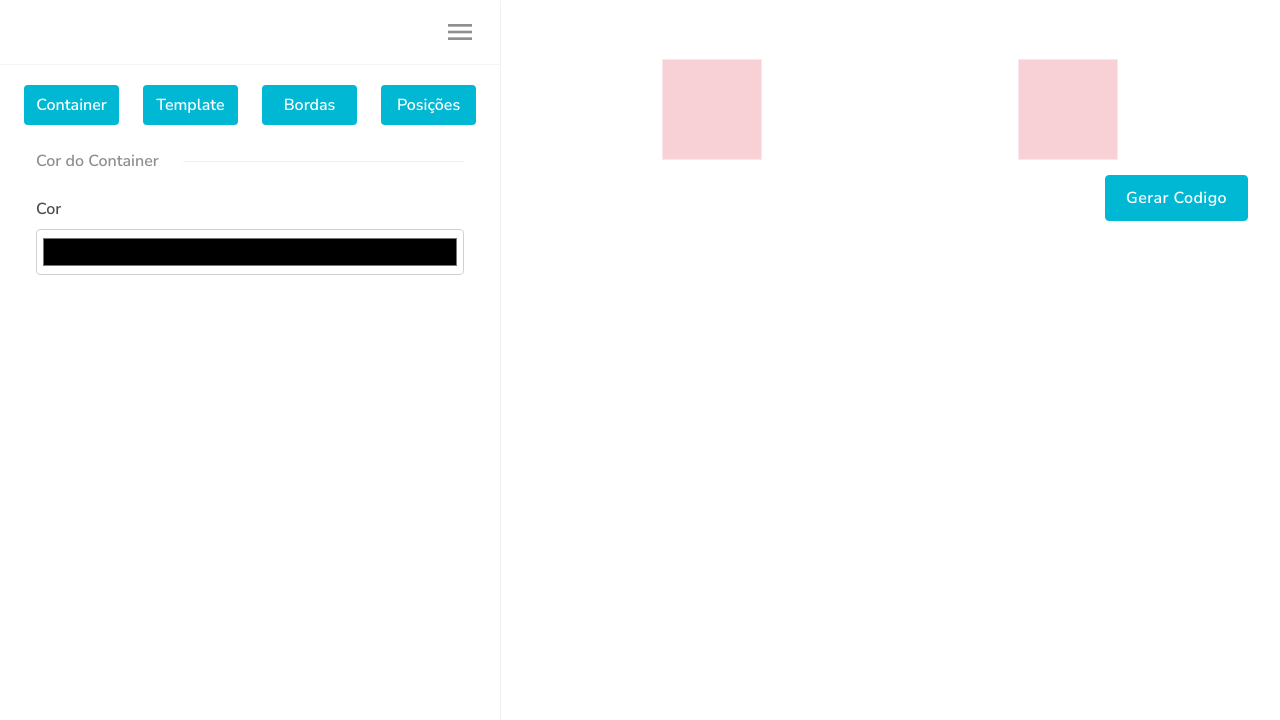
Repository: Flintdl/lowcode-elements
Page: /
These files come from the project's save history. The page is drawn as it stood at one moment and after the next save; the edit follows.
The browser window is 1280 px wide. The pictures show the whole page.
The project was rebuilt for these pictures with package versions that can differ from the ones it lists, and the page was loaded fresh each time. Also part of the build but not shown: vue.config.js.

Above is the page before, as saved 2022-04-06 16:52:44.

### src/assets/scss/_variables.scss
// Primarys Colors
$standardTextColor: #4d4d4d;

$primaryColor: #8e6dff;
$secondaryColor: #009997;
$buttonDisableColor: #9c9c9c;
$buttonDisableBgColor: #7676764d;

// Menu Colors

$bgMenuColor: #1d1d1d;
$linkMenuColor: #7b8089;
$iconMenuColor: #2a2a2a;
$borderMenuColor: #323232;

// Botão Colors

$btnPrimary: #00b8d4;
$btnPrimaryHover: #0085b0;

// Generics Colors

$whiteColor: #ffffff;
$mutedColor: #8f8f8f;
$cardColor: #f3f4f7;
$cardColorLight: #f9fafc;
$cardColorLightTwo: #f1f5fc;
$greyLight: #d1d1d1;

// Dropdown Colors

$dropdownHeaderColor: #5f5f5f;
$dropdownColor: #ebffff;

// State Colors

$successColor: #3dc661;
$dangerColor: #e7515a;
$warningColor: #e2a03f;
$infoColor: #2196f3;
$defaultColor: #172b4d;
$lightColor: #e0e0e0;

### src/views/HomeView.vue
<template>
  <div>
    <div class="sf-row">
      <div
        id="sf-preview-code-content"
        class="sf-col-12 sf-mx-auto sf-position-relative"
      >
        <div id="sf-preview-code" ref="previewGrid">
          <div class="sf-row">
            <div
              :class="[
                'sf-col-12 sf-text-center sf-display-flex sf-flex-wrap',
                'sf-justify-content-' + checkValue,
              ]"
            >
              <span
                v-bind:key="linha"
                :style="widthProps1"
                class="sf-display-block sf-position-relative"
                v-for="linha of Number(quantidadeLinha)"
              >
                <div :style="widthProps" class="sf-position-absolute"></div>
              </span>
            </div>
          </div>
          <div
            :style="gapProps"
            :class="[
              'sf-display-flex sf-flex-wrap sf-width-100',
              'sf-justify-content-' + checkValue,
            ]"
          >
            <DivGrid
              v-bind:key="n"
              v-for="n of quantidade"
              :tamanho="String(valor)"
              :altura="String(valorHeight)"
              :cssDefinido="cssProps"
              class="sf-position-relative"
            />
          </div>
        </div>
      </div>
      <div class="sf-col-12 sf-mt-3 sf-display-flex sf-justify-content-end">
        <button class="sf-btn sf-btn-primary" @click="gerarCodigo">
          Gerar Codigo
        </button>
      </div>
    </div>
    <div class="sf-row" v-if="htmlPreviewCode">
      <div class="sf-col-12 sf-mx-auto sf-mt-5 sf-code-content">
        <div class="sf-bg-code sf-p-4 sf-border-radius">
          <code>
            <span class="sf-text-info">Código do Preview</span> <br />
            {{ htmlPreviewCode }}
          </code>
        </div>
      </div>
    </div>
  </div>
</template>

<script>
// @ is an alias to /src

import DivGrid from "@/components/templates/DivGrid.vue";

export default {
  name: "HomeView",
  data: function () {
    return {
      htmlPreviewCode: null,
      gridLinhas: null,
      arroz: null,
    };
  },
  components: {
    DivGrid,
  },
  props: {
    valor: String,
    inputGap: String,
    quantidade: Number,
    valorHeight: String,
    quantidadeLinha: String,
    inputBorderRadius: String,
    checkValue: String,
    inputColor: String,
    inputBorder: String,
    inputBorderColor: String,
    inputBorderTipo: String,
  },
  computed: {
    cssProps() {
      return {
        "grid-template-columns": `repeat(${this.quantidadeLinha}, ${this.valor}%)`,
        // width: `calc((${this.valor}% - ${this.inputGap}px * ${
        //   this.quantidadeLinha - "1"
        // }) / ${this.quantidadeLinha})`,
        height: this.valorHeight + "px",
        "border-radius": this.inputBorderRadius + "px",
        "background-color": this.inputColor,
        border:
          this.inputBorder +
          "px" +
          " " +
          this.inputBorderTipo +
          " " +
          this.inputBorderColor,
      };
    },
    gapProps() {
      return {
        gap: this.inputGap + "px",
      };
    },
    widthProps1() {
      return {
        width: `calc((${this.valor}% - ${this.inputGap}px * ${
          this.quantidadeLinha - "1"
        }) / ${this.quantidadeLinha})`,
      };
    },
    widthProps() {
      return {
        height: this.arroz + "px",
        width: "clamp(50px, 50%, 100px)",
        "background-color": "#f7c7cfd1",
        border: "1px solid #f9edefd1",
        transform: "translateX(-50%)",
        "z-index": "500",
        left: "50%",
        top: "1px",
      };
    },
  },
  mounted() {
    this.arroz = this.$refs.previewGrid?.offsetHeight;
  },
  created() {
    this.$watch("quantidade", () => {
      this.arroz = this.$refs.previewGrid?.offsetHeight;
    });
  },
  methods: {
    gerarCodigo() {
      this.htmlPreviewCode =
        document.getElementById("sf-preview-code").innerHTML;
    },
  },
};
</script>

<style>
#sf-grid-template:after {
  content: "";
  width: 100%;
  height: 150%;
  top: -25%;
  background-color: #ff008c0a;
  border: 1px solid rgba(255, 0, 140, 0.103);
  border-left: 2px solid #ff008c38;
  border-right: 2px solid #ff008c38;
  position: absolute;
}
</style>

### src/components/templates/InputGapTemplate.vue
<template>
  <div class="sf-col-3 sf-form-group">
    <label class="sf-label">Espaçamento</label>
    <input
      type="number"
      min="1"
      max="12"
      value="2"
      id="inputGap"
      v-model="valor"
      class="filter-states sf-text-capitalize"
      placeholder="Quantidade de Blocos"
    />
  </div>
</template>

<script>
export default {
  props: {
    valorInput: String,
  },
  computed: {
    valor: {
      get() {
        var inp = this.valorInput;
        return inp;
      },
      set(valorInput) {
        this.$emit("callback", valorInput);
      },
    },
  },
};
</script>

<style></style>

### src/components/templates/InputQuantidadeTemplate.vue
<template>
  <div class="sf-col-4 sf-form-group">
    <label class="sf-label">Quantidade</label>
    <input
      type="number"
      value="1"
      id="inputQuantidade"
      v-model="valor"
      class="filter-states sf-text-capitalize"
      placeholder="Quantidade de Blocos"
    />
  </div>
</template>

<script>
export default {
  props: {
    valorInput: String,
  },
  computed: {
    valor: {
      get() {
        var inp = this.valorInput;
        return inp;
      },
      set(valorInput) {
        this.$emit("callback", valorInput);
      },
    },
  },
};
</script>

<style></style>

### src/components/templates/InputQuantLinhasTemplate.vue
<template>
  <div class="sf-col-5 sf-form-group">
    <label class="sf-label">Quantidade por Linhas</label>
    <input
      type="number"
      min="1"
      max="12"
      value="1"
      id="inputQuantidadeLinha"
      v-model="valor"
      class="filter-states sf-text-capitalize"
      placeholder="Quantidade Linha"
    />
  </div>
</template>

<script>
export default {
  props: {
    valorInput: String,
  },
  computed: {
    valor: {
      get() {
        var inp = this.valorInput;
        return inp;
      },
      set(valorInput) {
        this.$emit("callback", valorInput);
      },
    },
  },
};
</script>

<style></style>

### src/components/templates/InputLarguraBloco.vue
<template>
  <div class="sf-col-6 sf-form-group">
    <label class="sf-label">Largura do Bloco</label>
    <div class="sf-input-group">
      <div
        class="sf-input-group-append sf-display-flex sf-justify-content-center"
      >
        <div
          class="sf-display-flex sf-align-items-center sf-justify-content-center sf-border-left-0 sf-border-radius sf-border-radius-left-0 sf-pr-2 sf-text-info sf-font-weight-bold sf-min-80-px"
        >
          <div class="sf-input-group">
            <input
              type="number"
              value="1"
              min="1"
              max="100"
              v-model="valor"
              class="sf-text-md sf-height-fit-content sf-pr-0 sf-pl-1 sf-border-right-0 sf-border-radius-right-0 sf-text-capitalize"
              placeholder="Curva da Borda"
            />
            <div
              class="sf-input-group-append sf-display-flex sf-justify-content-center"
            >
              <div
                class="sf-display-flex sf-align-items-center sf-border sf-justify-content-center sf-border-left-0 sf-border-radius sf-border-radius-left-0 sf-pr-1 sf-text-info sf-font-weight-bold sf-text-sm"
              >
                %
              </div>
            </div>
          </div>
        </div>
      </div>
      <input
        type="range"
        min="10"
        max="100"
        value="10"
        id="inputRange"
        v-model="valor"
        class="sf-px-0 sf-border-right-0 sf-border-radius-right-0 sf-text-capitalize"
      />
    </div>
  </div>
</template>

<script>
export default {
  props: {
    valorInput: String,
  },
  computed: {
    valor: {
      get() {
        var inp = this.valorInput;
        return inp;
      },
      set(valorInput) {
        this.$emit("callback", valorInput);
      },
    },
  },
};
</script>

<style></style>

### src/components/templates/InputAlturaBloco.vue
<template>
  <div class="sf-col-6 sf-form-group">
    <label class="sf-label">Altura Bloco</label>
    <div class="sf-input-group">
      <div
        class="sf-input-group-append sf-display-flex sf-justify-content-center"
      >
        <div
          class="sf-display-flex sf-align-items-center sf-justify-content-center sf-border-left-0 sf-border-radius sf-border-radius-left-0 sf-pr-2 sf-text-info sf-font-weight-bold sf-min-80-px"
        >
          <div class="sf-input-group">
            <input
              type="number"
              value="1"
              min="1"
              max="500"
              v-model="valor"
              class="sf-text-md sf-height-fit-content sf-pr-0 sf-pl-1 sf-border-right-0 sf-border-radius-right-0 sf-text-capitalize"
              placeholder="Curva da Borda"
            />
            <div
              class="sf-input-group-append sf-display-flex sf-justify-content-center"
            >
              <div
                class="sf-display-flex sf-align-items-center sf-border sf-justify-content-center sf-border-left-0 sf-border-radius sf-border-radius-left-0 sf-pr-1 sf-text-info sf-font-weight-bold sf-text-sm"
              >
                PX
              </div>
            </div>
          </div>
        </div>
      </div>
      <input
        type="range"
        min="10"
        max="500"
        id="valorHeight"
        v-model="valor"
        class="sf-px-0 sf-border-right-0 sf-border-radius-right-0 sf-text-capitalize"
      />
    </div>
  </div>
</template>

<script>
export default {
  props: {
    valorInput: String,
  },
  computed: {
    valor: {
      get() {
        var inp = this.valorInput;
        return inp;
      },
      set(valorInput) {
        this.$emit("callback", valorInput);
      },
    },
  },
};
</script>

<style></style>

### src/components/templates/InputBorderRadiusBloco.vue
<template>
  <div class="sf-col-6 sf-form-group">
    <label class="sf-label">Curva da Borda</label>
    <div class="sf-input-group">
      <div
        class="sf-input-group-append sf-display-flex sf-justify-content-center"
      >
        <div
          class="sf-display-flex sf-align-items-center sf-justify-content-center sf-border-left-0 sf-border-radius sf-border-radius-left-0 sf-pr-2 sf-text-info sf-font-weight-bold sf-min-80-px"
        >
          <div class="sf-input-group">
            <input
              type="number"
              value="1"
              min="1"
              max="50"
              v-model="valor"
              class="sf-text-md sf-height-fit-content sf-pr-0 sf-pl-1 sf-border-right-0 sf-border-radius-right-0 sf-text-capitalize"
              placeholder="Curva da Borda"
            />
            <div
              class="sf-input-group-append sf-display-flex sf-justify-content-center"
            >
              <div
                class="sf-display-flex sf-align-items-center sf-border sf-justify-content-center sf-border-left-0 sf-border-radius sf-border-radius-left-0 sf-pr-1 sf-text-info sf-font-weight-bold sf-text-sm"
              >
                PX
              </div>
            </div>
          </div>
        </div>
      </div>
      <input
        type="range"
        value="1"
        min="1"
        max="50"
        id="inputBorderRadius"
        v-model="valor"
        class="sf-px-0 sf-border-right-0 sf-border-radius-right-0 sf-text-capitalize"
        placeholder="Curva da Borda"
      />
    </div>
  </div>
</template>

<script>
export default {
  props: {
    valorInput: String,
  },
  computed: {
    valor: {
      get() {
        var inp = this.valorInput;
        return inp;
      },
      set(valorInput) {
        this.$emit("callback", valorInput);
      },
    },
  },
};
</script>

<style></style>

### src/components/templates/InputBorderBloco.vue
<template>
  <div class="sf-col-6 sf-form-group">
    <label class="sf-label">Tamanho da Borda</label>
    <div class="sf-input-group">
      <div
        class="sf-input-group-append sf-display-flex sf-justify-content-center"
      >
        <div
          class="sf-display-flex sf-align-items-center sf-justify-content-center sf-border-left-0 sf-border-radius sf-border-radius-left-0 sf-pr-2 sf-text-info sf-font-weight-bold sf-min-80-px"
        >
          <div class="sf-input-group">
            <input
              type="number"
              value="1"
              min="1"
              max="50"
              v-model="valor"
              class="sf-text-md sf-height-fit-content sf-pr-0 sf-pl-1 sf-border-right-0 sf-border-radius-right-0 sf-text-capitalize"
              placeholder="Curva da Borda"
            />
            <div
              class="sf-input-group-append sf-display-flex sf-justify-content-center"
            >
              <div
                class="sf-display-flex sf-align-items-center sf-border sf-justify-content-center sf-border-left-0 sf-border-radius sf-border-radius-left-0 sf-pr-1 sf-text-info sf-font-weight-bold sf-text-sm"
              >
                PX
              </div>
            </div>
          </div>
        </div>
      </div>
      <input
        type="range"
        value="1"
        min="0"
        max="24"
        id="inputBorder"
        v-model="valor"
        class="sf-px-0 sf-border-right-0 sf-border-radius-right-0 sf-text-capitalize"
        placeholder="Curva da Borda"
      />
    </div>
  </div>
</template>

<script>
export default {
  props: {
    valorInput: String,
  },
  computed: {
    valor: {
      get() {
        var inp = this.valorInput;
        return inp;
      },
      set(valorInput) {
        this.$emit("callback", valorInput);
      },
    },
  },
};
</script>

<style></style>

### src/components/templates/InputPosicaoBloco.vue
<template>
  <div class="sf-row">
    <div class="sf-col-12 sf-form-group">
      <span
        class="sf-text-md sf-font-weight-bold sf-text-muted sf-display-flex sf-align-items-center"
      >
        Posições
        <hr class="sf-width-100 sf-ml-4" />
      </span>
    </div>
    <div class="sf-col-auto sf-form-group">
      <input
        id="start"
        type="radio"
        name="positionDivs"
        v-model="valor"
        value="start"
        checked
      />
      <label for="start"> Esquerda</label>
    </div>

    <div class="sf-col-auto sf-form-group">
      <input
        type="radio"
        id="center"
        name="positionDivs"
        v-model="valor"
        value="center"
      />
      <label for="center"> Centro</label>
    </div>

    <div class="sf-col-auto sf-form-group">
      <input
        type="radio"
        id="end"
        name="positionDivs"
        v-model="valor"
        value="end"
      />
      <label for="end"> Final</label>
    </div>
    <div class="sf-col-auto sf-form-group">
      <input
        type="radio"
        id="between"
        name="positionDivs"
        v-model="valor"
        value="between"
      />
      <label for="between"> Laterais</label>
    </div>
    <div class="sf-col-auto sf-form-group">
      <input
        type="radio"
        id="around"
        name="positionDivs"
        v-model="valor"
        value="around"
      />
      <label for="around"> Meio</label>
    </div>
  </div>
</template>

<script>
export default {
  props: {
    valorInput: String,
  },
  computed: {
    valor: {
      get() {
        var inp = this.valorInput;
        return inp;
      },
      set(valorInput) {
        this.$emit("callback", valorInput);
      },
    },
  },
};
</script>

<style></style>

### src/components/templates/InputBorderCorBloco.vue
<template>
  <div class="sf-col sf-form-group">
    <label class="sf-label">Cor</label>
    <input
      type="color"
      id="inputBorderColor"
      v-model="valor"
      class="sf-p-1 sf-text-capitalize"
      placeholder="Quantidade de Blocos"
    />
  </div>
</template>

<script>
export default {
  props: {
    valorInput: String,
  },
  computed: {
    valor: {
      get() {
        var inp = this.valorInput;
        return inp;
      },
      set(valorInput) {
        this.$emit("callback", valorInput);
      },
    },
  },
};
</script>

<style></style>

### src/components/templates/InputBorderTipoBloco.vue
<template>
  <div class="sf-col-10 sf-form-group">
    <label class="sf-label">Tipo de Borda</label>
    <select
      id="inputBorderTipo"
      v-model="control"
      :items="items"
      @change="onSelectType"
      class="sf-text-capitalize"
    >
      <option
        v-bind:key="item.value"
        :value="item.value"
        :disabled="!item.value"
        v-for="item of items"
      >
        {{ item.label }}
      </option>
    </select>
  </div>
</template>

<script>
export default {
  props: {
    valorInput: String,
  },
  data: () => {
    return {
      items: [
        { label: "Solid", value: "solid" },
        { label: "Dashed", value: "dashed" },
      ],
    };
  },
  computed: {
    control: {
      get() {
        return this.valorInput;
      },
      set(valorInput) {
        this.$emit("callback", valorInput);
      },
    },
  },
  methods: {
    onSelectType(event) {
      this.$emit("change", event);
    },
  },
};
</script>

<style></style>

### src/components/templates/DivGrid.vue
<template>
  <div
    class="sf-position-relative sf-overflow-hidden"
    :style="cssDefinido"
    ref="container"
  >
    <div
      class="sf-height-position sf-position-absolute sf-display-flex sf-flex-column sf-px-2"
    >
      <i
        class="mdi mdi-arrow-up sf-text-md sf-text-white sf-dropdown-action"
      ></i>
      <span class="sf-text-white sf-font-weight-extra-bold sf-text-center">
        {{ altura }}
        px
      </span>
      <i
        class="mdi mdi-arrow-down sf-text-md sf-text-white sf-dropdown-action"
      ></i>
    </div>
    <div
      class="sf-width-position sf-width-100 sf-position-absolute sf-display-flex sf-align-items-center sf-px-2"
    >
      <i
        class="mdi mdi-arrow-left sf-text-md sf-text-white sf-dropdown-action"
      ></i>
      <hr class="sf-width-100 sf-mr-2" />
      <span class="sf-text-white sf-font-weight-extra-bold sf-text-center">
        {{ larguraPixel }}px
      </span>
      <hr class="sf-width-100 sf-ml-2" />
      <i
        class="mdi mdi-arrow-right sf-text-md sf-text-white sf-dropdown-action"
      ></i>
    </div>
  </div>
</template>

<script>
export default {
  data() {
    return {
      larguraPixel: null,
    };
  },
  mounted() {
    this.larguraPixel = this.$refs.container?.offsetWidth;
  },

  props: {
    cssDefinido: Object,
    tamanho: String,
    altura: String,
  },
  created() {
    this.$watch("tamanho", () => {
      this.larguraPixel = this.$refs.container?.offsetWidth;
    });
  },
};
</script>

<style lang="scss" scoped>
.sf-height-position,
.sf-width-position {
  font-size: 1.4ch;
}
.sf-height-position {
  transform: translateY(-50%);
  left: 0;
  top: 50%;
}
.sf-width-position {
  transform: translateX(-50%);
  bottom: 0;
  left: 50%;
}
</style>

Loaded but not shown: public/index.html (common file); src/main.js (common file); src/App.vue (common file); src/registerServiceWorker.js (common file); src/router/index.js (common file); src/assets/scss/materialdesignicons.scss (9 lines, source omitted); src/assets/scss/style.scss (4102 lines, source omitted); src/components/Menu/MenuTemplate.vue (314 lines, source omitted); src/assets/scss/menu.scss (402 lines, source omitted); src/assets/scss/standard.scss (381 lines, source omitted)

After the next save:
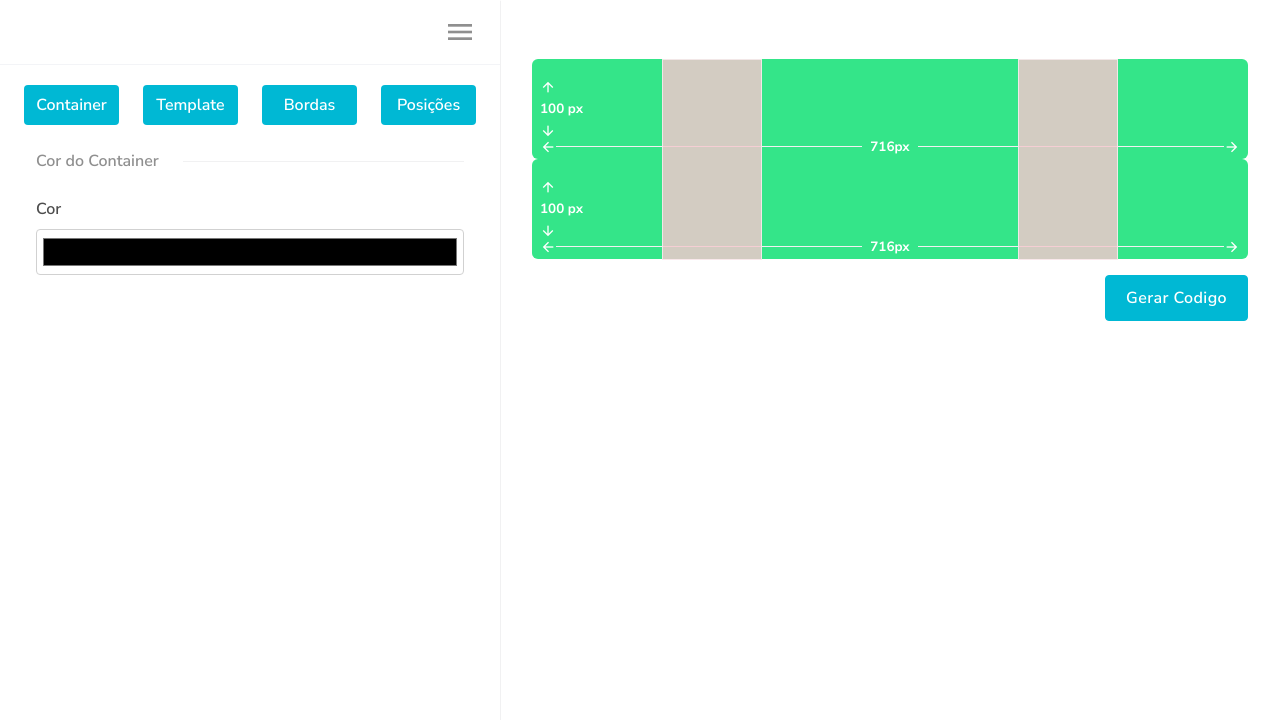
Saved 5 min 4 s later.
--- a/src/views/HomeView.vue
+++ b/src/views/HomeView.vue
@@ -26,7 +26,7 @@
           <div
             :style="gapProps"
             :class="[
-              'sf-display-flex sf-flex-wrap sf-width-100',
+              'sf-display-grid sf-flex-wrap sf-width-100',
               'sf-justify-content-' + checkValue,
             ]"
           >
@@ -93,7 +93,6 @@ export default {
   computed: {
     cssProps() {
       return {
-        "grid-template-columns": `repeat(${this.quantidadeLinha}, ${this.valor}%)`,
         // width: `calc((${this.valor}% - ${this.inputGap}px * ${
         //   this.quantidadeLinha - "1"
         // }) / ${this.quantidadeLinha})`,
@@ -111,6 +110,7 @@ export default {
     },
     gapProps() {
       return {
+        "grid-template-columns": `repeat(${this.quantidadeLinha}, ${this.valor}% / ${this.quantidadeLinha})`,
         gap: this.inputGap + "px",
       };
     },
